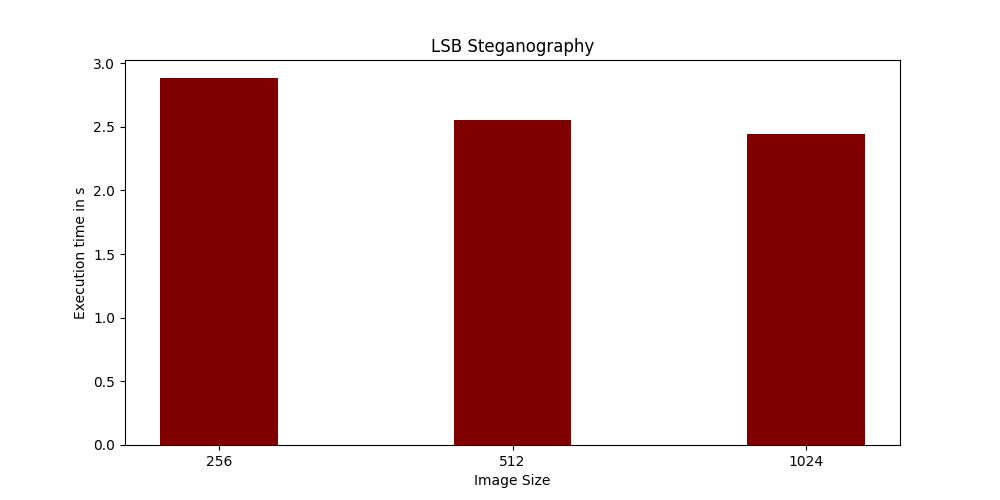
Repository: vishalsinghhh/DNA-cryptography-Project
Script's output: python DNA/Graphs.py
An editor plug-in stored every save of this project. The script's output is shown before and after the next save, followed by the edit.
Random numbers start from a fixed seed.

Above is the script's output before, as saved 2023-04-11 10:38:46.

After the next save:
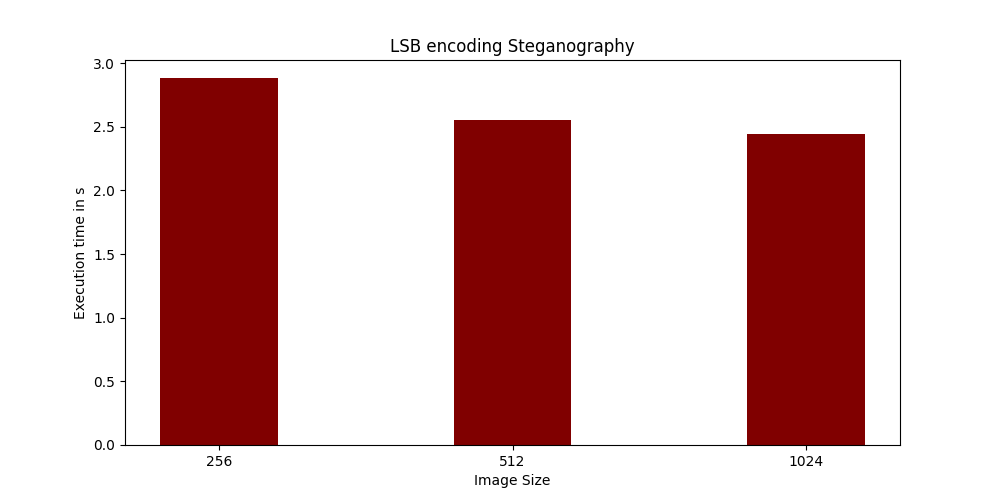
Saved 4 min 31 s later.
--- a/DNA/Graphs.py
+++ b/DNA/Graphs.py
@@ -15,5 +15,5 @@ plt.bar(courses, values, color ='maroon',
 
 plt.xlabel("Image Size")
 plt.ylabel("Execution time in s")
-plt.title("LSB Steganography")
+plt.title("LSB encoding Steganography")
 plt.show()
